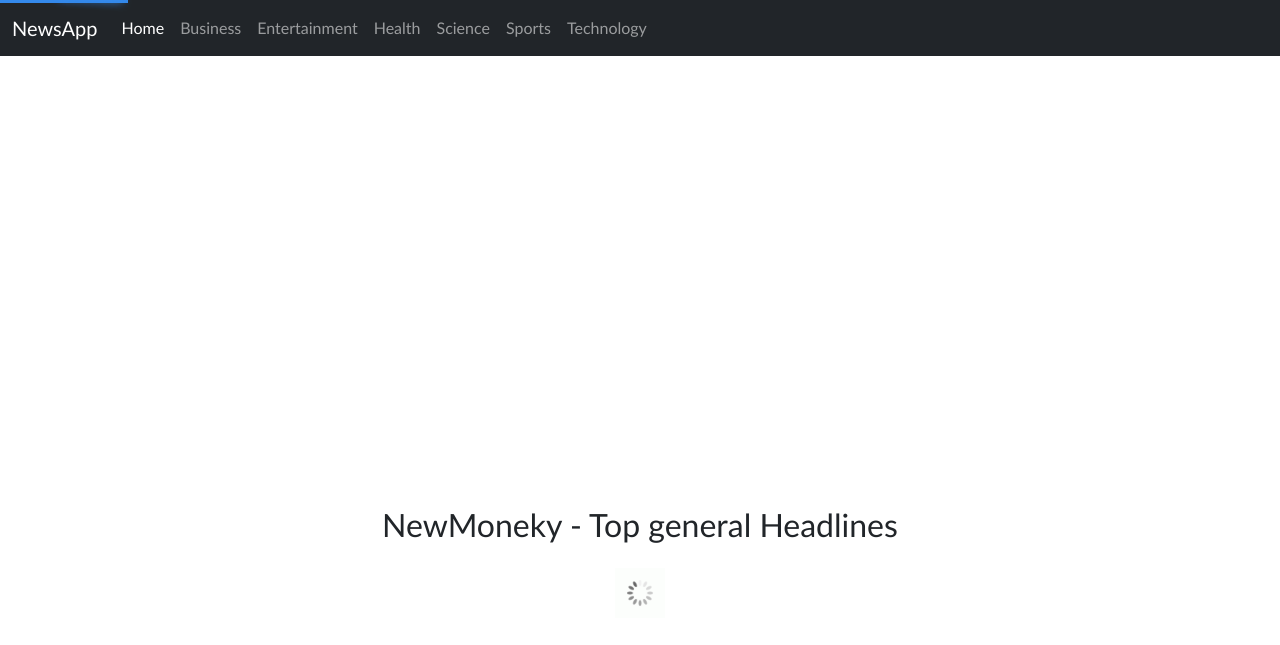
Repository: DipeshRaval/NewsApp-react
Page: /
These files come from the project's save history. The page is drawn as it stood at one moment and after the next save; the edit follows.
The browser window is 1280 px wide. The pictures show the whole page.
The page's requests for data from a server got no answer. The project was rebuilt for these pictures with package versions that can differ from the ones it lists, and the page was loaded fresh each time. No one was signed in, and anything a server would have sent is missing. Also part of the build but not shown: src/Components/NewsItem.js.

Above is the page before, as saved 2023-01-28 03:45:57.

### public/index.html
<!DOCTYPE html>
<html lang="en">
  <head>
    <meta charset="utf-8" />
    <link rel="icon" href="%PUBLIC_URL%/favicon.ico" />
    <meta name="viewport" content="width=device-width, initial-scale=1" />
    <meta name="theme-color" content="#000000" />
    <meta
      name="description"
      content="Web site created using create-react-app"
    />
    <link
      href="https://cdn.jsdelivr.net/npm/bootstrap@5.3.0-alpha1/dist/css/bootstrap.min.css"
      rel="stylesheet"
      integrity="sha384-GLhlTQ8iRABdZLl6O3oVMWSktQOp6b7In1Zl3/Jr59b6EGGoI1aFkw7cmDA6j6gD"
      crossorigin="anonymous"
    />

    <link rel="apple-touch-icon" href="%PUBLIC_URL%/logo192.png" />
    <!--
      manifest.json provides metadata used when your web app is installed on a
      user's mobile device or desktop. See https://developers.google.com/web/fundamentals/web-app-manifest/
    -->
    <link rel="manifest" href="%PUBLIC_URL%/manifest.json" />
    <!--
      Notice the use of %PUBLIC_URL% in the tags above.
      It will be replaced with the URL of the `public` folder during the build.
      Only files inside the `public` folder can be referenced from the HTML.

      Unlike "/favicon.ico" or "favicon.ico", "%PUBLIC_URL%/favicon.ico" will
      work correctly both with client-side routing and a non-root public URL.
      Learn how to configure a non-root public URL by running `npm run build`.
    -->
    <title>New24/7 - Get a latest news free !!</title>
  </head>
  <body>
    <noscript>You need to enable JavaScript to run this app.</noscript>
    <div id="root"></div>
    <!--
      This HTML file is a template.
      If you open it directly in the browser, you will see an empty page.

      You can add webfonts, meta tags, or analytics to this file.
      The build step will place the bundled scripts into the <body> tag.

      To begin the development, run `npm start` or `yarn start`.
      To create a production bundle, use `npm run build` or `yarn build`.
    -->
  </body>
  <script
    src="https://cdn.jsdelivr.net/npm/bootstrap@5.3.0-alpha1/dist/js/bootstrap.bundle.min.js"
    integrity="sha384-w76AqPfDkMBDXo30jS1Sgez6pr3x5MlQ1ZAGC+nuZB+EYdgRZgiwxhTBTkF7CXvN"
    crossorigin="anonymous"
  ></script>
</html>

### src/App.js
import "./App.css";
import React, { Component } from "react";
import Navbar from "./Components/Navbar";
import News from "./Components/News";
import { BrowserRouter as Router, Routes, Route } from "react-router-dom";
import LoadingBar from "react-top-loading-bar";

export class App extends Component {
  pageSize = 8;
  apiKey = process.env.REACT_APP_API_KEY

  state = {
    progress: 0,
  };

  setProgress = (progress) => {
    this.setState({ progress: progress });
  };

  render() {
    return (
      <Router>
        {console.log(this.apiKey)}
        <div>
          <LoadingBar
            color="#3489eb"
            progress={this.state.progress}
            height={3}
          />
          <Navbar />
          <Routes>
            <Route
              exact
              path="/business"
              element={
                <News
                  apiKey={this.apiKey}
                  setProgress={this.setProgress}
                  key="business"
                  pageSize={this.pageSize}
                  category="business"
                  country="in"
                />
              }
            />
            <Route
              exact
              path="/sports"
              element={
                <News
                  apiKey={this.apiKey}
                  setProgress={this.setProgress}
                  key="sports"
                  pageSize={this.pageSize}
                  category="sports"
                  country="in"
                />
              }
            />
            <Route
              exact
              path="/entertainment"
              element={
                <News
                  apiKey={this.apiKey}
                  setProgress={this.setProgress}
                  key="entertainment"
                  pageSize={this.pageSize}
                  category="entertainment"
                  country="in"
                />
              }
            />
            <Route
              exact
              path="/health"
              element={
                <News
                  apiKey={this.apiKey}
                  setProgress={this.setProgress}
                  key="health"
                  pageSize={this.pageSize}
                  category="health"
                  country="in"
                />
              }
            />
            <Route
              exact
              path="/science"
              element={
                <News
                  apiKey={this.apiKey}
                  key="science"
                  setProgress={this.setProgress}
                  pageSize={this.pageSize}
                  category="science"
                  country="in"
                />
              }
            />
            <Route
              exact
              path="/technology"
              element={
                <News
                  apiKey={this.apiKey}
                  key="technology"
                  setProgress={this.setProgress}
                  pageSize={this.pageSize}
                  category="technology"
                  country="in"
                />
              }
            />
            <Route
              exact
              path="/"
              element={
                <News
                  apiKey={this.apiKey}
                  key="general"
                  setProgress={this.setProgress}
                  pageSize={this.pageSize}
                  category="general"
                  country="in"
                />
              }
            />
          </Routes>
        </div>
      </Router>
    );
  }
}

export default App;

### src/App.css
.App {
  text-align: center;
}
body {
  font-family: "Gill Sans", "Gill Sans MT", Calibri, "Trebuchet MS", sans-serif;
}

.App-logo {
  height: 40vmin;
  pointer-events: none;
}

@media (prefers-reduced-motion: no-preference) {
  .App-logo {
    animation: App-logo-spin infinite 20s linear;
  }
}

.App-header {
  background-color: #282c34;
  min-height: 100vh;
  display: flex;
  flex-direction: column;
  align-items: center;
  justify-content: center;
  font-size: calc(10px + 2vmin);
  color: white;
}

.App-link {
  color: #61dafb;
}

@keyframes App-logo-spin {
  from {
    transform: rotate(0deg);
  }
  to {
    transform: rotate(360deg);
  }
}

### src/Components/Navbar.js
import React, { Component } from "react";
import { Link } from "react-router-dom";

export class Navbar extends Component {
  render() {
    return (
      <div>
        <nav className="navbar navbar-expand-lg navbar-dark bg-dark">
          <div className="container-fluid">
            <Link className="navbar-brand" to="/">
              NewsApp
            </Link>
            <button
              className="navbar-toggler"
              type="button"
              data-bs-toggle="collapse"
              data-bs-target="#navbarSupportedContent"
              aria-controls="navbarSupportedContent"
              aria-expanded="false"
              aria-label="Toggle navigation"
            >
              <span className="navbar-toggler-icon"></span>
            </button>
            <div
              className="collapse navbar-collapse"
              id="navbarSupportedContent"
            >
              <ul className="navbar-nav me-auto mb-2 mb-lg-0">
                <li className="nav-item">
                  <Link className="nav-link active" aria-current="page" to="/">
                    Home
                  </Link>
                </li>
                <li className="nav-item">
                  <Link className="nav-link" to="/business">
                    Business
                  </Link>
                </li>
                <li className="nav-item">
                  <Link className="nav-link" to="/entertainment">
                    Entertainment
                  </Link>
                </li>
                <li className="nav-item">
                  <Link className="nav-link" to="/health">
                    Health
                  </Link>
                </li>
                <li className="nav-item">
                  <Link className="nav-link" to="/science">
                    Science
                  </Link>
                </li>
                <li className="nav-item">
                  <Link className="nav-link" to="/sports">
                    Sports
                  </Link>
                </li>
                <li className="nav-item">
                  <Link className="nav-link" to="/technology">
                    Technology
                  </Link>
                </li>
              </ul>
            </div>
          </div>
        </nav>
      </div>
    );
  }
}

export default Navbar;

### src/Components/News.js
import React, { Component } from "react";
import Load from "./Load";
import NewsItem from "./NewsItem";
import PropTypes from 'prop-types';
import InfiniteScroll from "react-infinite-scroll-component";


export class News extends Component {
  static defaultProps = {
    pageSize: 8,
    country : "in",
    category : "general"
  }

  static propTypes = {
    pageSize : PropTypes.number,
    category : PropTypes.string,
    setProgress : PropTypes.func,
    country : PropTypes.string
  }


  constructor() {
    super();
    this.state = {
      loading: false,
      articles: [],
      page: 1,
      totalResults: 0,
    };
  }

  async updateNews(pageNo) {
    this.props.setProgress(10);
    this.setState({ loading: true });
    let data = await fetch(
      `https://newsapi.org/v2/top-headlines?country=${this.props.country}&category=${this.props.category}&apiKey=${this.props.apiKey}&page=${pageNo}&pageSize=${this.props.pageSize}`
    );
    this.props.setProgress(30);
    let parseData = await data.json();
    this.props.setProgress(70);
    this.setState({
      articles: parseData.articles,
      totalResults: parseData.totalResults,
      page: pageNo,
      loading: false,
    });
    this.props.setProgress(100);
  }

  fetchMoreData =async () => {
    this.setState({ loading: true });
    let data = await fetch(
      `https://newsapi.org/v2/top-headlines?country=${this.props.country}&category=${this.props.category}&apiKey=0cd67630af6747ff8cc488b160ee759b&page=${this.state.page + 1}&pageSize=${this.props.pageSize}`
    );
    let parseData = await data.json();
    this.setState({
      articles: this.state.articles.concat(parseData.articles),
      totalResults: parseData.totalResults,
      page: this.state.page + 1,
      loading: false,
    });
  };

  async componentDidMount() {
    this.updateNews(this.state.page);
    document.title = `News24/7 - ${this.capitalizeFirstLetter(this.props.category)}`
  }

  capitalizeFirstLetter(string) {
    return string.charAt(0).toUpperCase() + string.slice(1);
  }

  render() {
    return (
      <>
        <h2 className="text-center" style={{marginTop : "450px"}}>
          NewMoneky - Top {this.props.category} Headlines
        </h2>

        {this.state.loading ? <Load /> : ""}

        <InfiniteScroll
          dataLength={this.state.articles.length}
          next={this.fetchMoreData}
          hasMore={this.state.articles.length !== this.state.totalResults}
          loader={<Load />}
        >
          <div className="container">
            <div className="row my-3">
              {this.state.articles.map((ele) => {
                return (
                  <div key={ele.url} className="col-md-4 mb-3">
                    <NewsItem
                      title={ele.title ? ele.title : ""}
                      description={ele.description ? ele.description : ""}
                      urlNews={ele.url}
                      urlImage={ele.urlToImage}
                      source={ele.source.name ? ele.source.name : "Unknown"}
                      date={ele.publishedAt}
                    />
                  </div>
                );
              })}
            </div>
          </div>
        </InfiniteScroll>
      </>
    );
  }
}


export default News;

### src/Components/Load.js
import React, { Component } from "react";
import load from "./load.gif";

export class Load extends Component {
  render() {
    return (
      <div className="text-center my-4">
        <img
          src={load}
          alt="Loading..."
          style={{ width: "50px", height: "50px" }}
        />
      </div>
    );
  }
}

export default Load;

Loaded but not shown: src/index.js (common file); src/reportWebVitals.js (common file); src/index.css (no stored copy; drawn as an empty file)

After the next save:
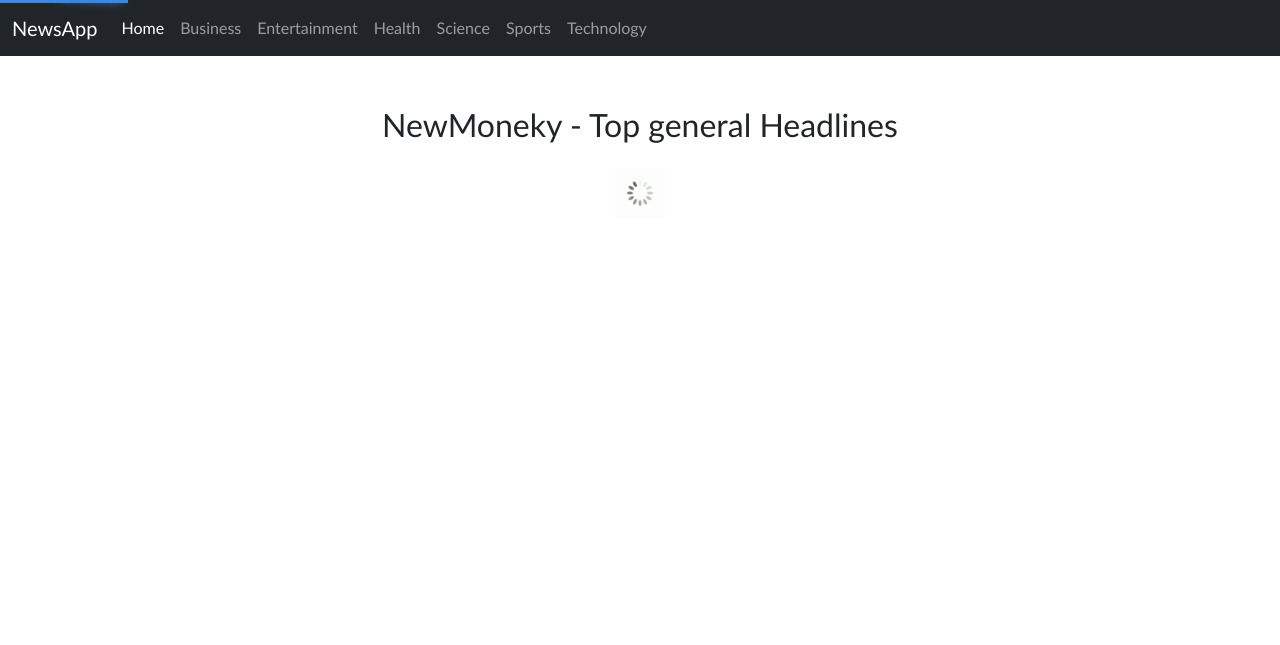
Saved 8 s later.
--- a/src/Components/News.js
+++ b/src/Components/News.js
@@ -74,7 +74,7 @@ export class News extends Component {
   render() {
     return (
       <>
-        <h2 className="text-center" style={{marginTop : "450px"}}>
+        <h2 className="text-center" style={{marginTop : "50px"}}>
           NewMoneky - Top {this.props.category} Headlines
         </h2>
 
